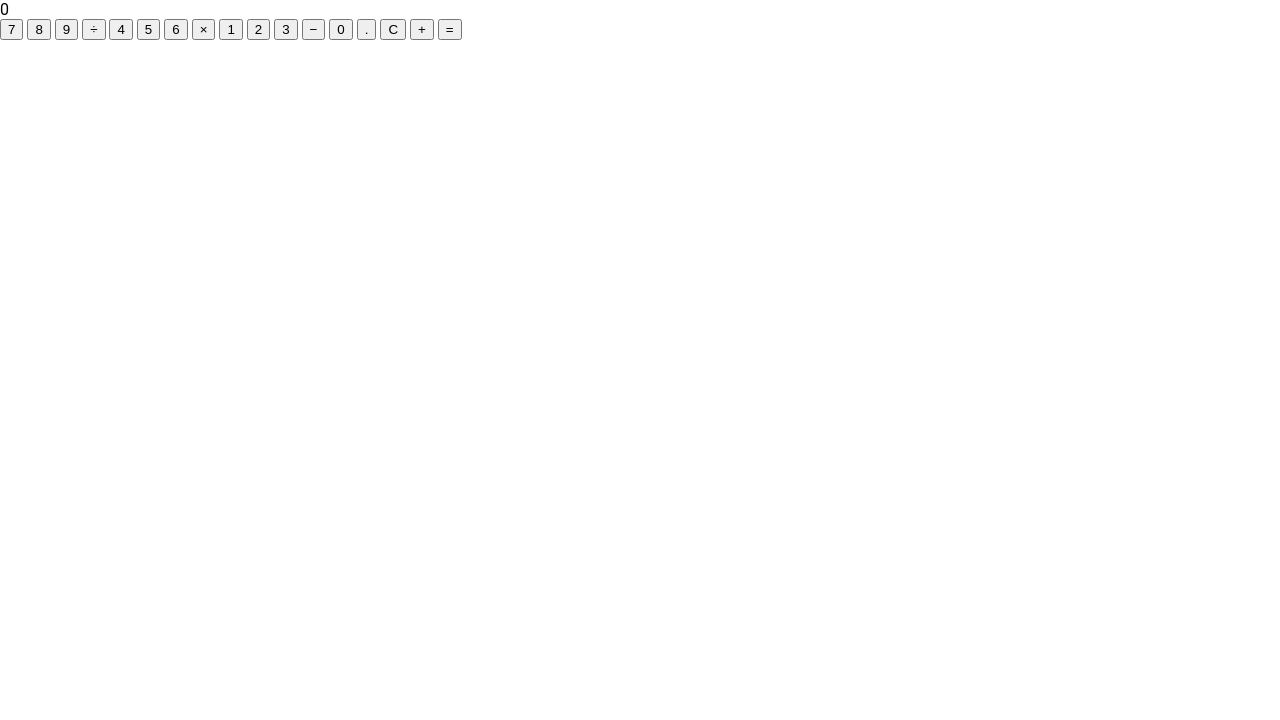
Repository: Barnabasbag/New-folder--2-
Page: in1.html
The author's editor kept a copy of each file at every save. The page is drawn from the files as they stood at one save, then again after the next save.
The browser window is 1280 px wide. The pictures show the whole page.

Above is the page before, as saved 2024-06-26 23:28:59.
Not found: script.js

### in1.html
<!DOCTYPE html>
<html lang="en">
<head>
    <meta charset="UTF-8">
    <meta name="viewport" content="width=device-width, initial-scale=1.0">
    <title>Interactive Calculator</title>
    <link rel="stylesheet" href="styles.css">
</head>
<body>
    <div class="calculator">
        <div class="calculator-display" id="display">
            0
        </div>
        <div class="calculator-buttons">
            <button class="button" data-value="7">7</button>
            <button class="button" data-value="8">8</button>
            <button class="button" data-value="9">9</button>
            <button class="button operator" data-value="/">÷</button>

            <button class="button" data-value="4">4</button>
            <button class="button" data-value="5">5</button>
            <button class="button" data-value="6">6</button>
            <button class="button operator" data-value="*">×</button>

            <button class="button" data-value="1">1</button>
            <button class="button" data-value="2">2</button>
            <button class="button" data-value="3">3</button>
            <button class="button operator" data-value="-">−</button>

            <button class="button" data-value="0">0</button>
            <button class="button" data-value=".">.</button>
            <button class="button" id="clear">C</button>
            <button class="button operator" data-value="+">+</button>

            <button class="button equals" id="equals">=</button>
        </div>
    </div>
    <script src="script.js"></script>
</body>
</html>

### styles.css
body {
    font-family: 'Roboto', sans-serif;
    background-color: #fff;
    color: #000;
    margin: 0;
    padding: 0;
}

header {
    background-color: #000;
    color: #fff;
    padding: 1rem;
    text-align: center;
}

nav ul {
    list-style: none;
    padding: 0;
    display: flex;
    justify-content: center;
    gap: 1rem;
}

nav ul li {
    display: inline;
}

nav ul li a {
    color: #fff;
    text-decoration: none;
}

nav ul li input {
    padding: 0.5rem;
    border: none;
    border-radius: 4px;
}

section {
    padding: 2rem;
    text-align: center;
}

h1, h2 {
    margin: 0;
    padding: 1rem 0;
}

.gallery {
    display: flex;
    justify-content: center;
    gap: 2rem;
    flex-wrap: wrap;
}

.gallery-item {
    position: relative;
    width: 200px;
    height: 200px;
    overflow: hidden;
}

.gallery-item img {
    width: 100%;
    height: 100%;
    object-fit: cover;
    transition: transform 0.3s ease;
}

.gallery-item:hover img {
    transform: scale(1.1);
}

.overlay {
    position: absolute;
    top: 0;
    bottom: 0;
    left: 0;
    right: 0;
    height: 100%;
    width: 100%;
    opacity: 0;
    transition: .3s ease;
    background-color: rgba(0,0,0,0.5);
}

.gallery-item:hover .overlay {
    opacity: 1;
}

.text {
    color: white;
    font-size: 1.5rem;
    position: absolute;
    top: 50%;
    left: 50%;
    transform: translate(-50%, -50%);
    text-align: center;
}

After the next save:
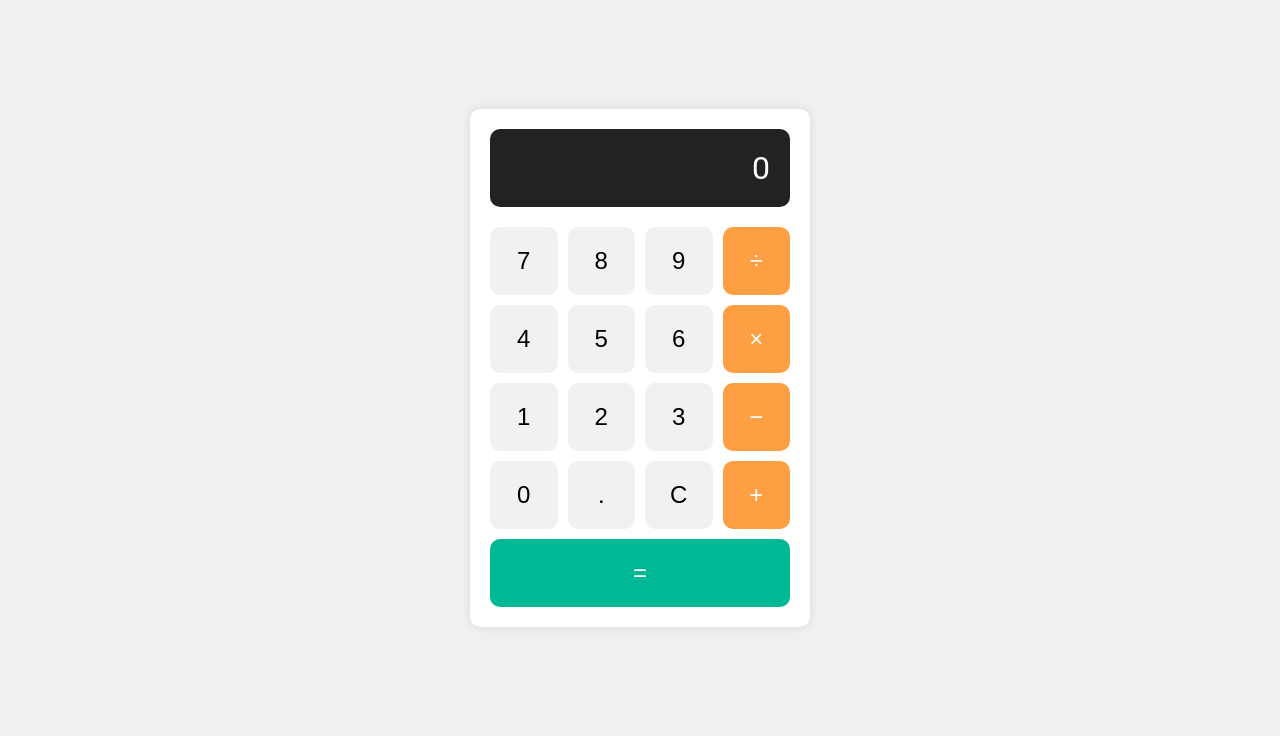
Saved 12 s later.
--- a/styles.css
+++ b/styles.css
@@ -1,99 +1,56 @@
 body {
+    display: flex;
+    justify-content: center;
+    align-items: center;
+    height: 100vh;
+    background-color: #f0f0f0;
     font-family: 'Roboto', sans-serif;
-    background-color: #fff;
-    color: #000;
-    margin: 0;
-    padding: 0;
 }
 
-header {
-    background-color: #000;
-    color: #fff;
-    padding: 1rem;
-    text-align: center;
+.calculator {
+    background: #fff;
+    padding: 20px;
+    border-radius: 10px;
+    box-shadow: 0px 0px 10px rgba(0, 0, 0, 0.1);
+    width: 300px;
 }
 
-nav ul {
-    list-style: none;
-    padding: 0;
-    display: flex;
-    justify-content: center;
-    gap: 1rem;
+.calculator-display {
+    background: #222;
+    color: #fff;
+    font-size: 2em;
+    padding: 20px;
+    border-radius: 10px;
+    text-align: right;
+    margin-bottom: 20px;
 }
 
-nav ul li {
-    display: inline;
+.calculator-buttons {
+    display: grid;
+    grid-template-columns: repeat(4, 1fr);
+    gap: 10px;
 }
 
-nav ul li a {
-    color: #fff;
-    text-decoration: none;
+.button {
+    background: #f1f1f1;
+    border: none;
+    padding: 20px;
+    font-size: 1.5em;
+    border-radius: 10px;
+    transition: background 0.3s ease;
 }
 
-nav ul li input {
-    padding: 0.5rem;
-    border: none;
-    border-radius: 4px;
+.button:hover {
+    background: #e1e1e1;
 }
 
-section {
-    padding: 2rem;
-    text-align: center;
+.operator {
+    background: #ff9f43;
+    color: white;
 }
 
-h1, h2 {
-    margin: 0;
-    padding: 1rem 0;
+.equals {
+    grid-column: span 4;
+    background: #00b894;
+    color: white;
 }
-
-.gallery {
-    display: flex;
-    justify-content: center;
-    gap: 2rem;
-    flex-wrap: wrap;
-}
-
-.gallery-item {
-    position: relative;
-    width: 200px;
-    height: 200px;
-    overflow: hidden;
-}
-
-.gallery-item img {
-    width: 100%;
-    height: 100%;
-    object-fit: cover;
-    transition: transform 0.3s ease;
-}
-
-.gallery-item:hover img {
-    transform: scale(1.1);
-}
-
-.overlay {
-    position: absolute;
-    top: 0;
-    bottom: 0;
-    left: 0;
-    right: 0;
-    height: 100%;
-    width: 100%;
-    opacity: 0;
-    transition: .3s ease;
-    background-color: rgba(0,0,0,0.5);
-}
-
-.gallery-item:hover .overlay {
-    opacity: 1;
-}
-
-.text {
-    color: white;
-    font-size: 1.5rem;
-    position: absolute;
-    top: 50%;
-    left: 50%;
-    transform: translate(-50%, -50%);
-    text-align: center;
-}
